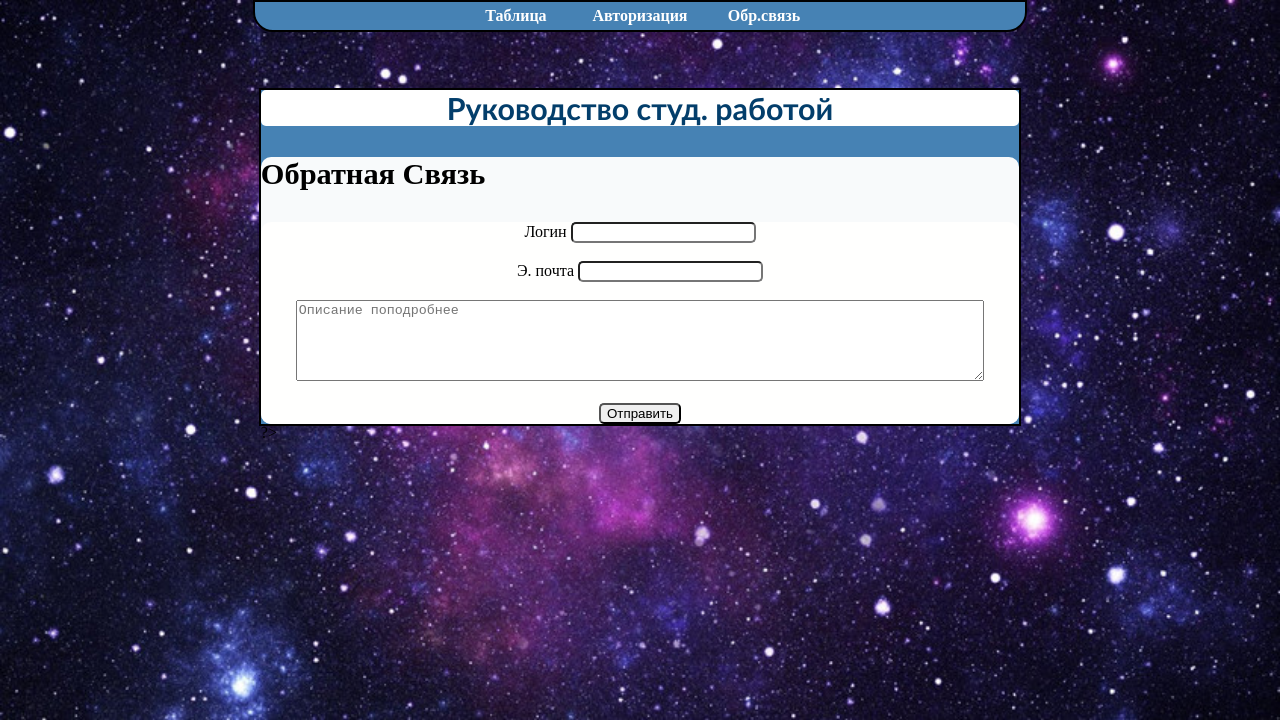
Repository: BeliaevAleksei/WeBCourse
Page: http://localhost/back.php
The author's editor kept a record of every edit. The page is drawn from the files as they stood at one moment, then again after the next edit.
The browser window is 1280 px wide. The pictures show the whole page.
The page is run by PHP 8.4 with error messages shown; the project is at /var/www/html/.

Above is the page before.

### Учебная практика/back.php
<!DOCTYPE html>
<html>
<head>
	<link rel="icon" type="image/x-icon" href="./img/znachok.jpg">
	<meta http-equiv="Content-Type" content="text/html; charset=utf-8" />
	<link rel="stylesheet" href="css/main.css">
	<title>Managment</title>

</head>
<body>
	<div class="page">
		<div class="header">
			<ul id="navbar">
				<li><a href="index.php">Таблица</a></li>
				<li><a href="authorization.php">Авторизация</a></li>
				<li><a href="back.php">Обр.связь</a></li>
			</ul>
		</div>
		<div class="main-text">
			<h3>Руководство студ. работой</h3>
			<div class="main-text-content">
				<h3>Обратная Связь</h3>
			<div class="main-text-content">
				<form action="mail.php" method="post">
					<label for="logins"> Логин </label>
					<input type="text" required name="login" >
					<br><br>
					<label>
						Э. почта
						<input type="email" required name = "email"></input>
					</label>
					<br><br>
					<textarea required name="message" id="about" rows="5" placeholder="Описание поподробнее"></textarea>
					<br><br>
					<input type="submit" value="Отправить">
					</form>
				</div>
			</div>
			</div>
			?>
	</div>
</div>
</div>
</body>

### Учебная практика/css/main.css

@media (min-width: 1024px) {
	body
	{
		background: url(../img/fon.jpg);
		background-position: center center;
		background-size: cover;
		background-attachment: fixed;
	}
	.main-text-content > img {
		width: 49%;
		height: 300px;
		display: inline-block;
	}
	a{
		font-size: 1.0em;
	}
	p{
		font-size: 1.0em;
	}

	h3{
		font-size: 1.9em;
	}
	h2{
		font-size: 1.3em;
	}
		.righttable{
		width: 26%;
		float: right;
	}
	.lefttable{
		width: 26%;
		float: left;
	}
}
@media (min-width: 720px) and (max-width: 1023px) {

	body {
		background: url(../img/fon.jpg);
		background-position: center center;
		background-size: cover;
		background-attachment: fixed;

	}
	.main-text-content > img {
		/*width: 400px;*/
		width: 40%;
		height: 300px;
		display: inline-block;
	}
	a{
		font-size: 0.8em;
	}
	p{
		font-size: 0.8em;
	}

	h3{
		font-size: 1.5em;
	}
	h2{
		font-size: 1.1em;
	}
		.righttable{
		width: 26%;
		float: right;
	}
	.lefttable{
		width: 26%;
		float: left;
	}
}

@media (min-width: 480px) and (max-width: 719px)
{
	body {
		background: url(../img/fon.jpg);
		background-position: center center;
		background-size: cover;
		background-attachment: fixed;
	}
	.main-text-content > img {
		/*width: 274px;*/
		width: 30%;
		height: 300px;
		display: inline-block;
	}
	a{
		font-size: 0.5em;
	}
	p{
		font-size: 0.5em;
	}

	h3{
		font-size: 1.2em;
	}
	h2{
		font-size: 0.8em;
	}
		.righttable{
		width: 26%;
		float: right;
	}
	.lefttable{
		width: 26%;
		float: left;
	}
}
@media (min-width: 320px) and (max-width: 479px)
{
	body {
		background: url(../img/fon.jpg);
		background-position: center center;
		background-size: cover;
		background-attachment: fixed;
	}
	.main-text-content > img {
		/*width: 173px;*/
		width: 20%;
		height: 200px;;
		display: inline-block;
	}
	a{
		font-size: 0.5em;
	}
	p{
		font-size: 0.5em;
	}

	h3{
		font-size: 1.2em;
	}
	h2{
		font-size: 0.8em;
	}
	.righttable{
		width: 26%;
		float: right;
	}
	.lefttable{
		width: 26%;
		float: left;
	}
}
@media (max-width: 319px)
{
	body {

		background: url(../img/fon.jpg);
		background-position: center center;
		background-size: cover;
		background-attachment: fixed;
	}
	.main-text-content > img {
		width: 172px;
		height: 110px;
		display: inline-block;
	}
	a{
		font-size: 0.5em;
	}
	p{
		font-size: 0.5em;
	}

	h3{
		font-size: 1.0em;
	}
	h2{
		font-size: 0.8em;
	}
	.righttable{
		width: 100%;
		float: none;
	}
	.lefttable{
		width: 100%;
		float: none;
	}
}

.page {
	width: 60%; /* Ширина элемента в пикселах */
	margin: auto; /* Выравниваем по центру */
	position: relative;
}

.header {
	justify-content: space-around;
	flex-wrap: wrap;
	align-items: center;
	position: relative;
	top: 0;
	min-height: 60px;
}

.main {
	line-height: 150px;
	position: relative;
}

#navbar {
	margin: 0;
	padding: 0;
	list-style-type: none;
}
#navbar li {
	display: inline;
}

#navbar {
	margin: -8px;
	padding: 0;
	list-style-type: none;
	border: 2px solid #000000;
	border-radius: 0px 0px 20px 20px;
	text-align: center;
	background-color:#4682B4;
}
#navbar a {
	color: #fff;
	padding: 5px 10px;
	text-decoration: none;
	font-weight: bold;
	display: inline-block;
	width: 100px;
}
#navbar a:hover {
	border-radius: 20px 5px;
	background-color: #B0C4DE;
}

.main-text{
	outline: 2px solid #000;
	background-color:#4682B4;
	margin:auto;
}


.main-text-content {
	background-color: rgba(255, 255, 254, 0.96);
	border-radius: 10px;
	margin:auto;
}

.main-text-content .clearbox {
	display: table;
}

.main-text > h3 {
	text-align: center;
	color: #033E6B;
	font-family: "Gabriela", TREBUCHET MS;
	background-color: #FFFFFF;
	border-radius: 5px;
}

.main-text-content > a {
	display: block;
	min-width: 20px;
	background-color: #FFFFFF;
	color: #033E6B;
	font-family: "Gabriela", TREBUCHET MS;
	border-bottom: 2px solid maroon; /* Параметры линии под текстом */
	font-weight: normal; /* Убираем жирное начертание */
	padding-bottom: 5px; /* Расстояние от текста до линии */
	text-align: left;
}


.main-text-content > p {
	display: block;
	text-indent: 2em;
	margin: 0 5px;
	color: #033E6B;
	border-radius: 5px;
	line-height: 34px;
}

.main-text-content img {
	margin-bottom: 10px;
	-o-object-fit: cover;
	object-fit: cover; /* способ встраивания содержимого в элемент */
	object-position: center; /* способ размещения содержимого в элементе */
}
.main-text-content .clearbox {
	display: table;
	clear: both;
}

#imginf {
	float: left; /* задает выравнивание элемента */
	margin-right: 10px;
}



.lefttable{
	display: table;
	background-color: #FFFFFF;
	border-radius: 5px;
}

.righttable{
	display: table;
	background-color: #FFFFFF;
	border-radius: 5px;
}
/*form{*/
/*	margin: 0  1%;*/
/*}*/
label{
	align-items: center;
	text-align: center;
}
form{
	align-items: center;
	text-align: center;
}
#about{
	width: 90%;
}
TABLE {
    width: 60%;
    margin: auto;
   }
   TD {
   	width: 60%;
    margin: auto;
   }

input {
    border-radius: 5px;
}

After the next edit:
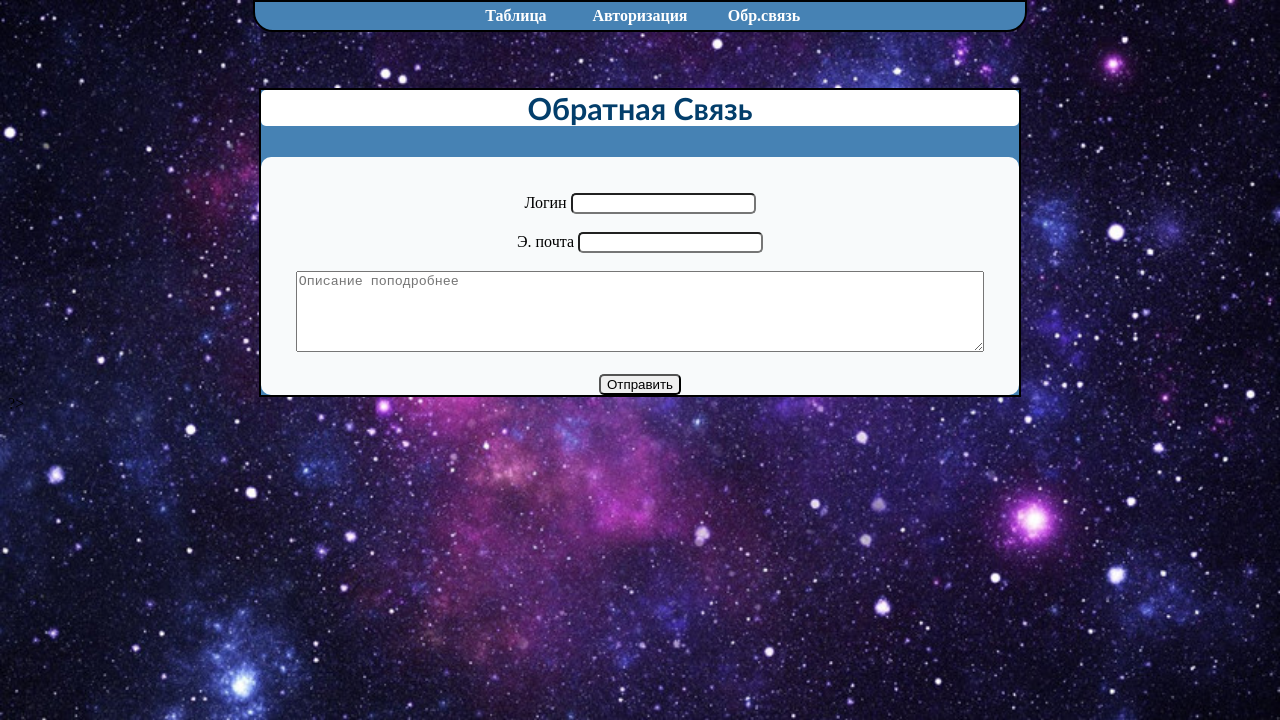
The edit:
--- a/Учебная практика/back.php
+++ b/Учебная практика/back.php
@@ -17,10 +17,9 @@
 			</ul>
 		</div>
 		<div class="main-text">
-			<h3>Руководство студ. работой</h3>
-			<div class="main-text-content">
 				<h3>Обратная Связь</h3>
 			<div class="main-text-content">
+			    <br><br>
 				<form action="mail.php" method="post">
 					<label for="logins"> Логин </label>
 					<input type="text" required name="login" >
